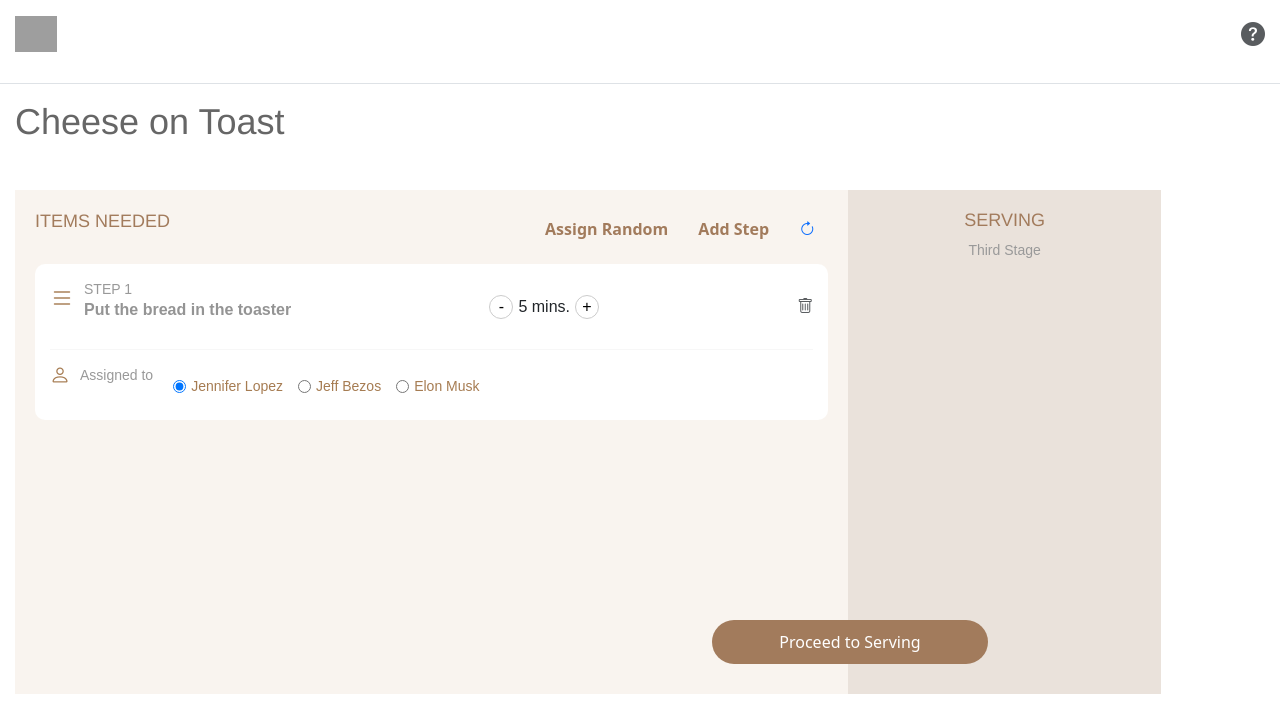
Repository: devashrisamani/SMC
Page: assign.html
These files come from the project's save history. The page is drawn as it stood at one moment and after the next save; the edit follows.
The browser window is 1280 px wide. The pictures show the whole page.
Pictures or frames that could not be fetched are drawn as grey boxes.

Above is the page before, as saved 2024-10-09 23:54:49.

### assign.html
<!DOCTYPE html>
<html lang="en">
  <head>
    <meta charset="UTF-8" />
    <meta name="viewport" content="width=device-width, initial-scale=1.0" />
    <link
      href="https://cdn.jsdelivr.net/npm/bootstrap@5.3.0-alpha1/dist/css/bootstrap.min.css"
      rel="stylesheet"
    />
    <link
      href="https://cdn.jsdelivr.net/npm/bootstrap-icons/font/bootstrap-icons.css"
      rel="stylesheet"
    />
    <link rel="stylesheet" href="styles.css" />
    <title>Assign Page</title>
    <style>
      .step-item {
        border: 1px solid #ddd;
        border-radius: 10px;
        padding: 15px;
        background-color: #f9f9f9;
        margin-bottom: 10px;
      }

      .step-header {
        display: flex;
        justify-content: space-between;
        align-items: center;
        margin-bottom: 15px;
      }

      .handle-icon {
        margin-right: 10px;
        font-size: 24px;
        color: #a67c52;
      }

      .step-info {
        display: inline-block;
      }

      .step-number {
        margin: 0;
        font-size: 12px;
        color: #a67c52;
      }

      .step-title {
        margin: 0;
        font-size: 16px;
        font-weight: bold;
        color: #949494;
      }

      .step-divider {
        border: none;
        border-top: 1px solid #ddd;
        margin: 10px 0;
      }

      .step-timer {
        display: flex;
        align-items: center;
      }

      .timer-btn {
        background-color: #fff;
        border: 1px solid #ccc;
        border-radius: 50%;
        width: 24px;
        height: 24px;
        display: inline-flex;
        justify-content: center;
        align-items: center;
        margin: 0 5px;
        cursor: pointer;
      }

      .timer-btn:hover {
        background-color: #eee;
      }

      .delete-step {
        color: #a67c52;
        cursor: pointer;
      }

      .delete-step:hover {
        color: #333;
      }

      .step-body {
        margin-top: 10px;
        display: flex;
        align-items: center;
      }

      .task-icon {
        font-size: 20px;
        color: #a67c52;
        margin-right: 10px;
      }

      .assigned-text {
        font-size: 14px;
        color: #666;
        margin: 0 10px 0 0;
      }

      .assigned-users {
        display: flex;
        gap: 15px;
        margin-left: 10px;
      }

      .user-option {
        display: inline-flex;
        align-items: center;
      }

      .user-option input {
        margin-right: 5px;
      }

      .user-option span {
        font-size: 14px;
        color: #a67c52;
      }
    </style>
  </head>
  <body>
    <!-- Header -->
    <header class="container-fluid border-bottom py-3">
      <div class="d-flex justify-content-between align-items-center">
        <!-- Logo -->
        <div>
          <img src="img/logomark.svg" alt="Logo" class="logo" />
        </div>

        <!-- Help Icon -->
        <div>
          <i class="bi bi-question-circle-fill fs-4 text-muted"></i>
        </div>
      </div>
    </header>

    <!-- Title and Retry Button -->
    <section class="container-fluid py-3">
      <div class="d-flex justify-content-between align-items-center">
        <!-- Title -->
        <h1 class="header-title">Cheese on Toast</h1>
      </div>
    </section>
    <!-- Main Content -->
    <section class="container-fluid py-3">
      <div class="row position-relative">
        <!-- First Rectangle: Items Needed -->
        <div class="col-md-8 rectangle items-needed">
          <div class="d-flex justify-content-between align-items-center mb-3">
            <!-- Title (Items Needed) -->
            <h4 class="items-title">ITEMS NEEDED</h4>

            <!-- Add Ingredient and Refresh Button -->
            <div>
              <button class="btn btn-link add-ingredient">Assign Random</button>
              <button class="btn btn-link add-ingredient">Add Step</button>
              <button class="btn btn-link refresh-btn">
                <i class="bi bi-arrow-clockwise"></i>
              </button>
            </div>
          </div>

          <!-- Ingredients List -->
          <ul class="list-group ingredients-list">
            <!-- Ingredients will be added here -->
            <li class="step-item list-group-item">
              <div
                class="step-header d-flex align-items-center justify-content-between"
              >
                <div class="d-flex align-items-center">
                  <i class="bi bi-list handle-icon"></i>
                  <div class="step-info">
                    <p class="step-number">STEP 1</p>
                    <h4 class="step-title">Put the bread in the toaster</h4>
                  </div>
                </div>
                <div class="step-timer">
                  <button class="timer-btn">-</button>
                  <span>5 mins.</span>
                  <button class="timer-btn">+</button>
                </div>
                <i class="bi bi-trash text-muted delete-step"></i>
              </div>

              <!-- Horizontal line to separate sections -->
              <hr class="step-divider" />

              <div class="step-body">
                <div class="d-flex align-items-center">
                  <!-- Task icon before "Assigned to" -->
                  <i class="bi bi-person task-icon"></i>
                  <p class="assigned-text mb-0">Assigned to</p>
                </div>

                <!-- Radio buttons below "Assigned to" text -->
                <div class="assigned-users mt-2">
                  <label class="user-option">
                    <input type="radio" name="assigned-user" checked />
                    <span>Jennifer Lopez</span>
                  </label>
                  <label class="user-option">
                    <input type="radio" name="assigned-user" />
                    <span>Jeff Bezos</span>
                  </label>
                  <label class="user-option">
                    <input type="radio" name="assigned-user" />
                    <span>Elon Musk</span>
                  </label>
                </div>
              </div>
            </li>
          </ul>
        </div>

        <!-- Third Rectangle: Serving -->
        <div class="col-md-3 rectangle serving">
          <h5>SERVING</h5>
          <p>Third Stage</p>
        </div>

        <!-- Button inside both Cooking and Serving -->
        <div class="proceed-btn-wrapper position-absolute">
          <button class="btn btn-primary proceed-btn">
            Proceed to Serving
          </button>
        </div>
      </div>
    </section>
  </body>
</html>

### styles.css
/* Custom styles for the header */
html,
body {
  margin: 0;
  padding: 0;
  overflow-x: hidden; /* Hide horizontal scrolling */
}

.logo {
  width: 42px;
  height: 36px;
}

.bi-question-circle-fill {
  color: #a27b5c;
}

.border-bottom {
  border-color: #eee;
}

/* Title Section */
.header-title {
  font-family: "Calistoga-Regular", Helvetica, sans-serif;
  color: #666666;
  font-size: 36px;
  margin: 0;
}

.retry-btn {
  border-color: #a27b5c;
  color: #a27b5c;
  border-radius: 20px;
}

.retry-btn:hover {
  background-color: #a27b5c;
  color: #fff;
}

.container-fluid {
  max-width: 100vw; /* Ensure it does not exceed the viewport width */
  padding-right: 15px;
  padding-left: 15px;
  box-sizing: border-box;
}

.row {
  margin-right: 0;
  margin-left: 0;
}
/* Styling for the three rectangles */

.rectangle {
  background-color: #f7f3ef;
  padding: 20px;
  /* height: 100%; */
  min-height: 70vh;
}

.items-needed {
  background-color: #f9f4ef;
}

.cooking {
  background-color: #f2eee9;
  text-align: center;
}

.serving {
  background-color: #eae2db;
  text-align: center;
}

/* Title and Text Styles */
.items-title {
  font-family: "Calistoga-Regular", Helvetica, sans-serif;
  color: #a27b5c;
  font-size: 18px;
  margin-bottom: 15px;
}

.ingredients-list .list-group-item {
  border: none;
  border-radius: 10px;
  background-color: #fff;
  margin-bottom: 10px;
  font-family: "DM Sans", sans-serif;
}

.ingredients-list .list-group-item strong {
  font-size: 18px;
  color: #666666;
}

.ingredients-list .list-group-item p {
  font-size: 14px;
  color: #999999;
}

/* Add Ingredient Button */
.add-ingredient {
  color: #a27b5c;
  font-weight: bold;
  text-decoration: none;
}

.cooking h5,
.serving h5 {
  font-family: "Calistoga-Regular", Helvetica, sans-serif;
  font-size: 18px;
  color: #a27b5c;
}

.cooking p,
.serving p {
  font-family: "DM Sans", sans-serif;
  font-size: 14px;
  color: #999999;
}

/* Flexbox for the title and button alignment */
.d-flex {
  display: flex;
  justify-content: space-between;
  align-items: center;
  margin-bottom: 15px;
}

.proceed-btn-wrapper {
  position: absolute;
  bottom: 30px;
  left: 50%;
  transform: translateX(20%);
  width: 100%; /* Ensure it's 100% of its parent, not wider */
  max-width: 300px; /* Prevent it from getting too large */
  overflow: hidden;
}

.proceed-btn {
  width: 100%;
  max-width: 300px;
  background-color: #a27b5c;
  color: #fff;
  border-radius: 50px;
  font-size: 16px;
  padding: 10px 40px;
  border: none;
}

.proceed-btn:hover {
  background-color: #8c6649;
  color: #fff;
}

After the next save:
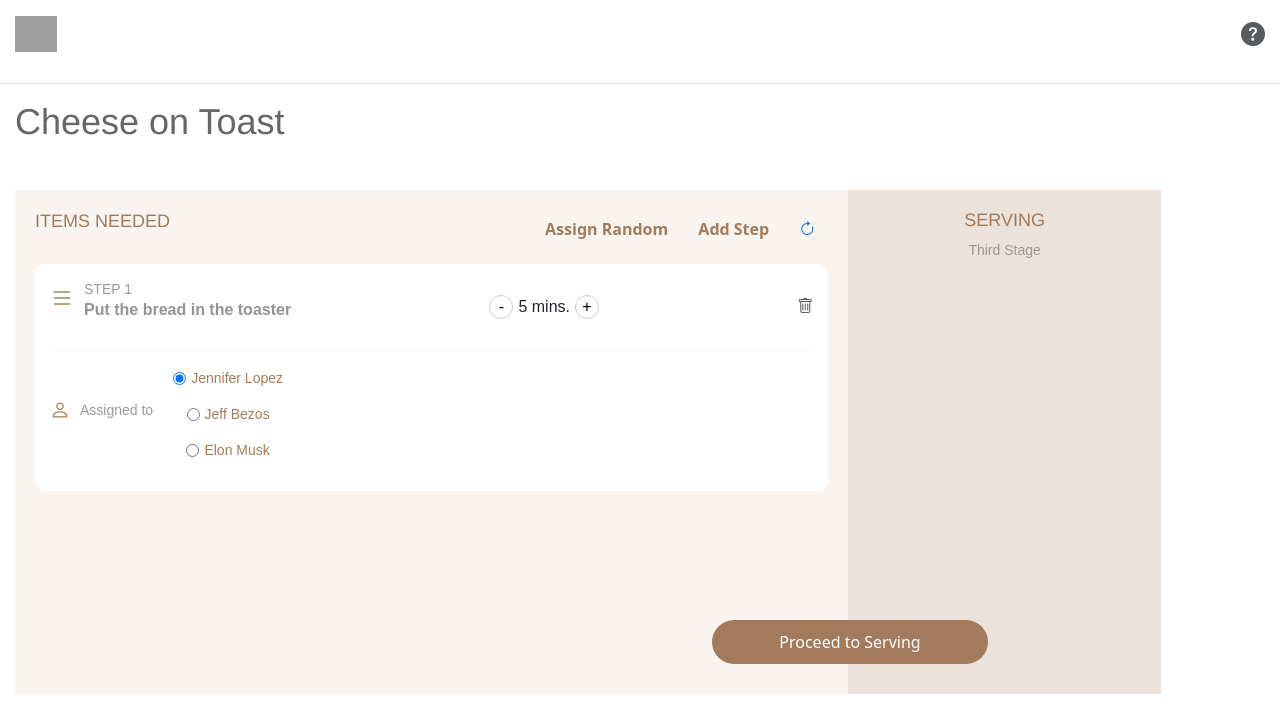
Saved 79 s later.
--- a/assign.html
+++ b/assign.html
@@ -203,7 +203,7 @@
                 </div>
 
                 <!-- Radio buttons below "Assigned to" text -->
-                <div class="assigned-users mt-2">
+                <div class="assigned-users d-flex flex-column mt-2">
                   <label class="user-option">
                     <input type="radio" name="assigned-user" checked />
                     <span>Jennifer Lopez</span>
